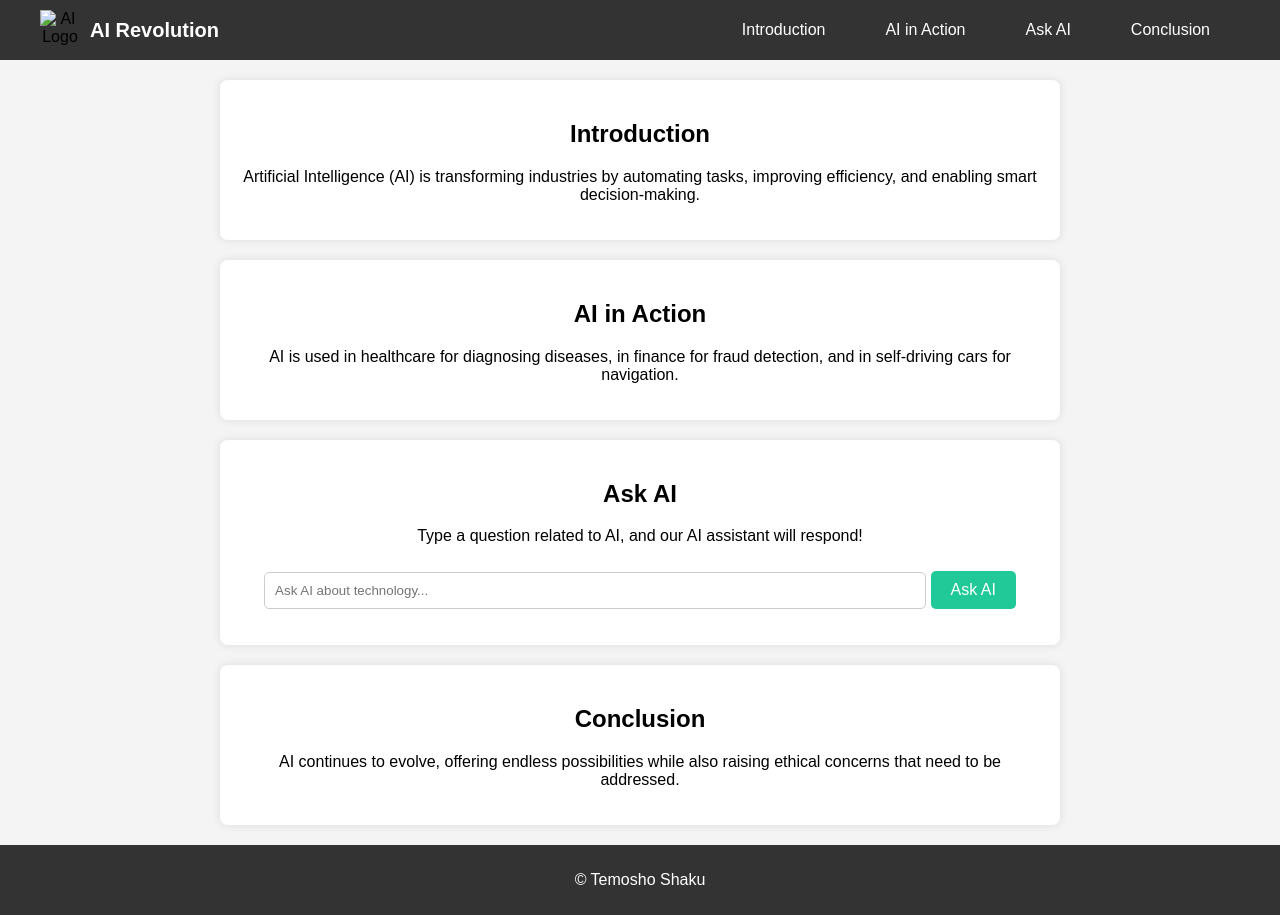
Repository: TemoshoS/ai
Page: index.html
These files come from the project's save history. The page is drawn as it stood at one moment and after a run of saves; the edit follows.
The browser window is 1280 px wide. The pictures show the whole page.

Above is the page before, as saved 2025-02-16 15:00:19.
Console error: TypeError: Cannot read properties of null (reading 'addEventListener')
Not found: ai-icon.png

After the next 2 saves:
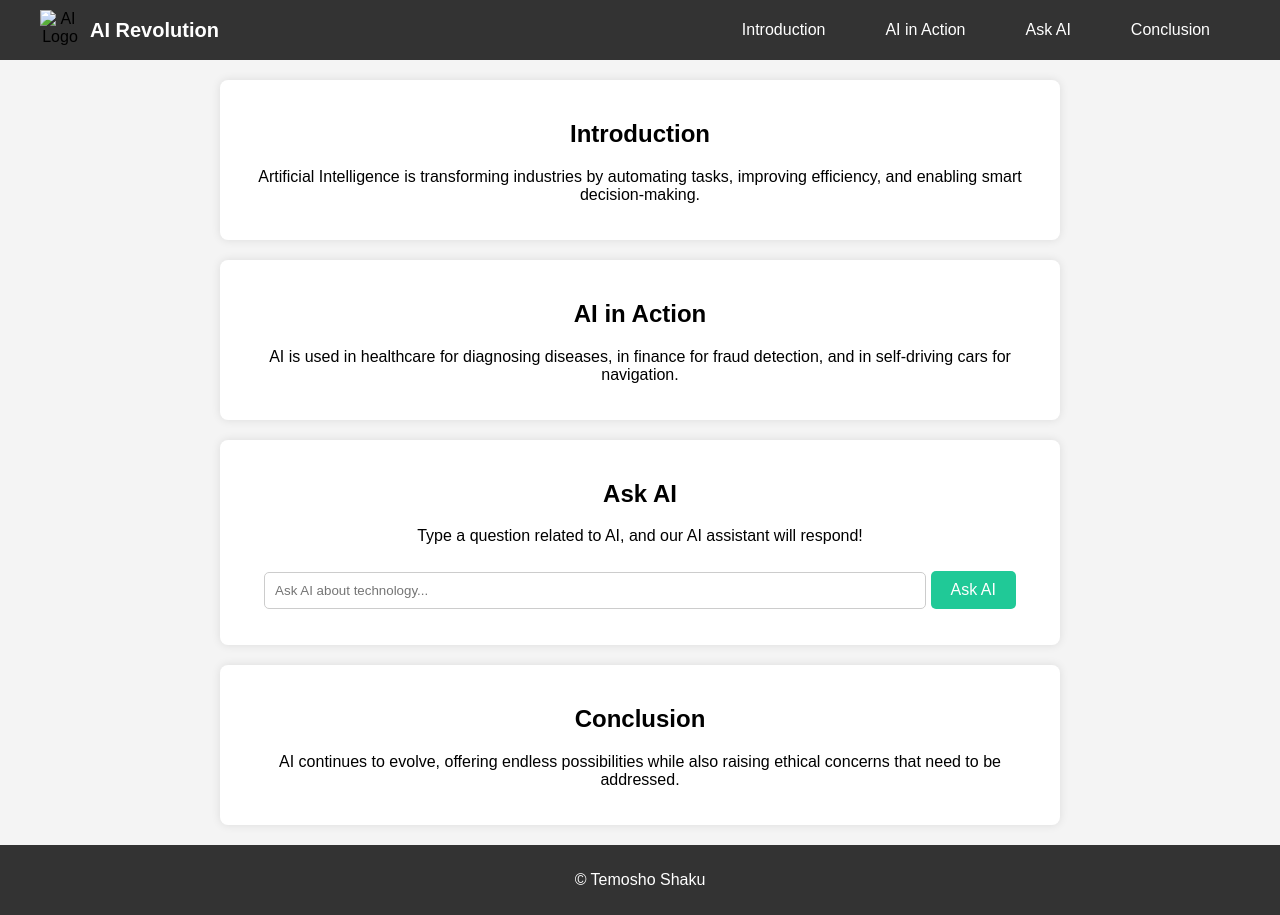
The 2 saves are shown as one change because they came seconds apart.
The last was saved 21 min 1 s later.
--- a/index.html
+++ b/index.html
@@ -25,7 +25,7 @@
 
     <section id="intro">
         <h2>Introduction</h2>
-        <p>Artificial Intelligence (AI) is transforming industries by automating tasks, improving efficiency, and enabling smart decision-making.</p>
+        <p>Artificial Intelligence is transforming industries by automating tasks, improving efficiency, and enabling smart decision-making.</p>
     </section>
 
     <section id="body">
